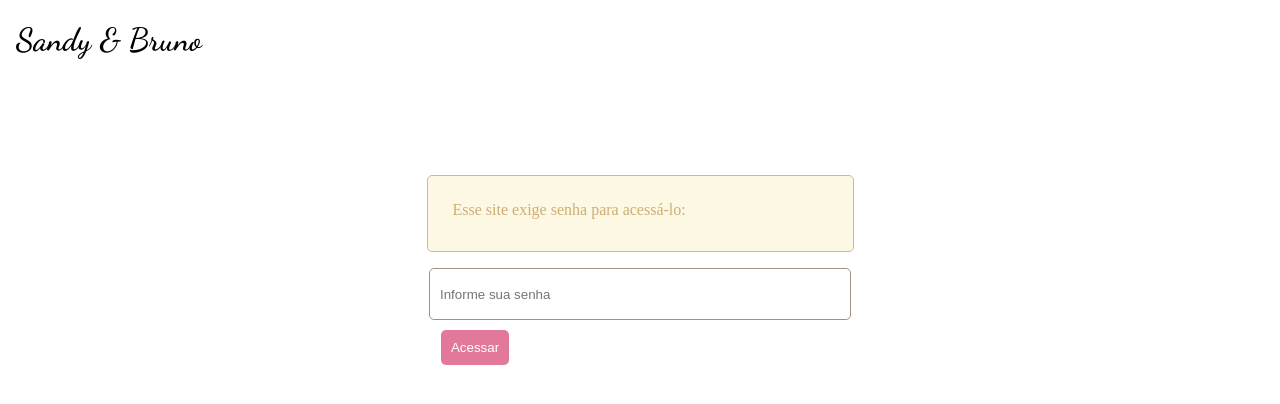
Repository: FerrazNathan/projetoBruno
Page: /login (app in projeto-bruno/)
An editor plug-in stored every save of this project. The page is shown before and after the next save, followed by the edit.
The browser window is 1280 px wide. The pictures show the whole page.
Some web fonts or font styles are not loaded; a fallback is used. The project was rebuilt for these pictures with package versions that can differ from the ones it lists, and the page was loaded fresh each time. The framework's server and built-in components were replaced by stand-ins that run in the browser. Also part of the build but not shown: projeto-bruno/next.config.js.

Above is the page before, as saved 2022-03-16 12:35:03.

After the next save:
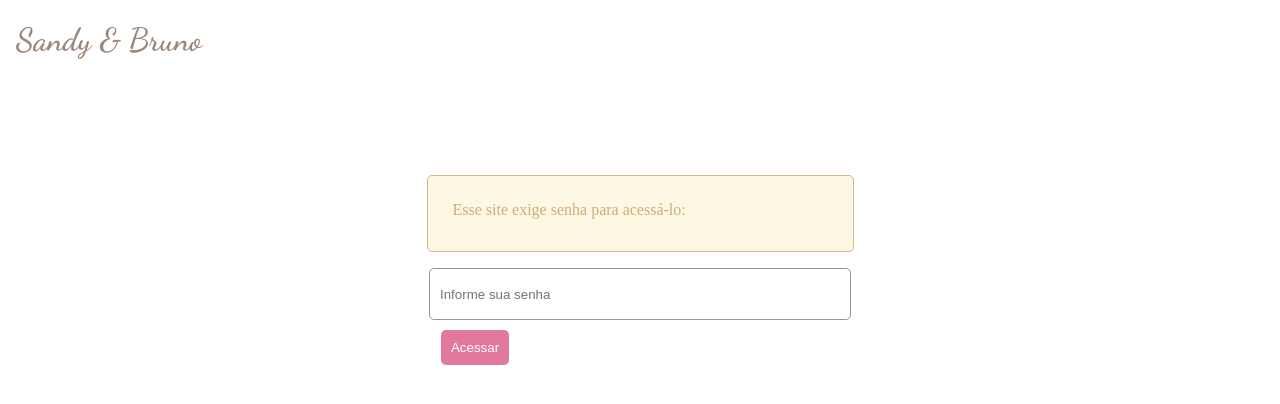
Saved 115 s later.
--- a/projeto-bruno/styles/styleLogin.js
+++ b/projeto-bruno/styles/styleLogin.js
@@ -10,4 +10,5 @@ export const Box = styled.div`
 
 export const Title = styled.h1`
   font-family: 'Dancing Script', cursiva;
+  color: #9b867a;
 `
